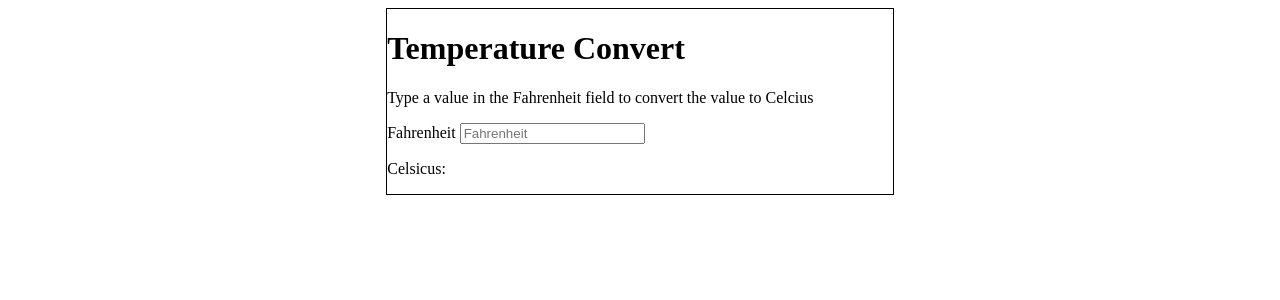
Repository: tungts3qb/BTCodeGym
Page: temprate-convert.html
These files come from the project's save history. The page is drawn as it stood at one moment and after the next save; the edit follows.
The browser window is 1280 px wide. The pictures show the whole page.

Above is the page before, as saved 2023-01-11 14:30:43.

### temprate-convert.html
<!DOCTYPE html>
<html lang="en">
  <head>
    <meta charset="UTF-8" />
    <meta http-equiv="X-UA-Compatible" content="IE=edge" />
    <meta name="viewport" content="width=device-width, initial-scale=1.0" />
    <title>[Thực hành] Chuyển đổi nhiệt độ</title>
  </head>
  <body>
    <style>
      #form {
        width: 40%;
        margin: 0 auto;
        border: 1px solid black;
      }
    </style>
    <form action="" id="form">
      <h1>Temperature Convert</h1>
      <p>
        Type a value in the Fahrenheit field to convert the value to Celcius
      </p>
      <label>Fahrenheit</label>
      <input
        type="number"
        name=""
        id="inputFahrenheit"
        placeholder="Fahrenheit"
        oninput="temperatureConverter(this.value)"
      />
      <p>Celsicus: <span id="outputCelsius"></span></p>
    </form>
    <script>
      function temperatureConverter(valNum) {
        valNum = parseFloat(valNum);
        if (isNaN(valNum)) {
          document.getElementById("outputCelsius").innerHTML = "";
        } else {
          document.getElementById("outputCelsius").innerHTML =
            (valNum - 32) / 1.8;
        }
      }
    </script>
  </body>
</html>

After the next save:
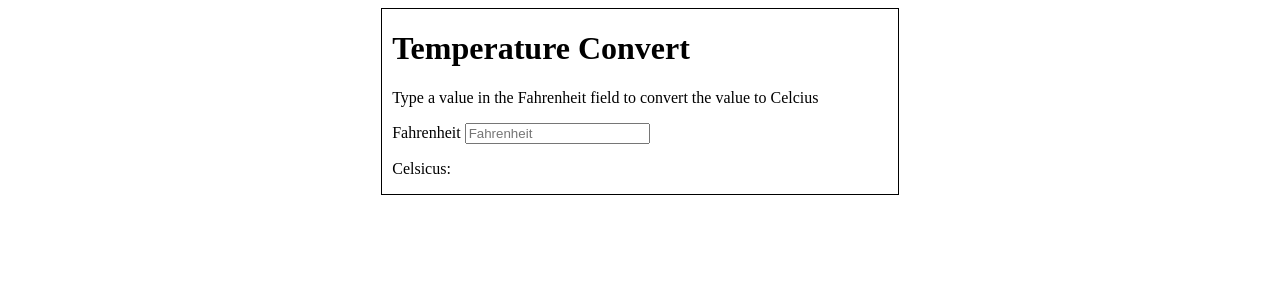
Saved 11 s later.
--- a/temprate-convert.html
+++ b/temprate-convert.html
@@ -12,6 +12,7 @@
         width: 40%;
         margin: 0 auto;
         border: 1px solid black;
+        padding-left: 10px;
       }
     </style>
     <form action="" id="form">
